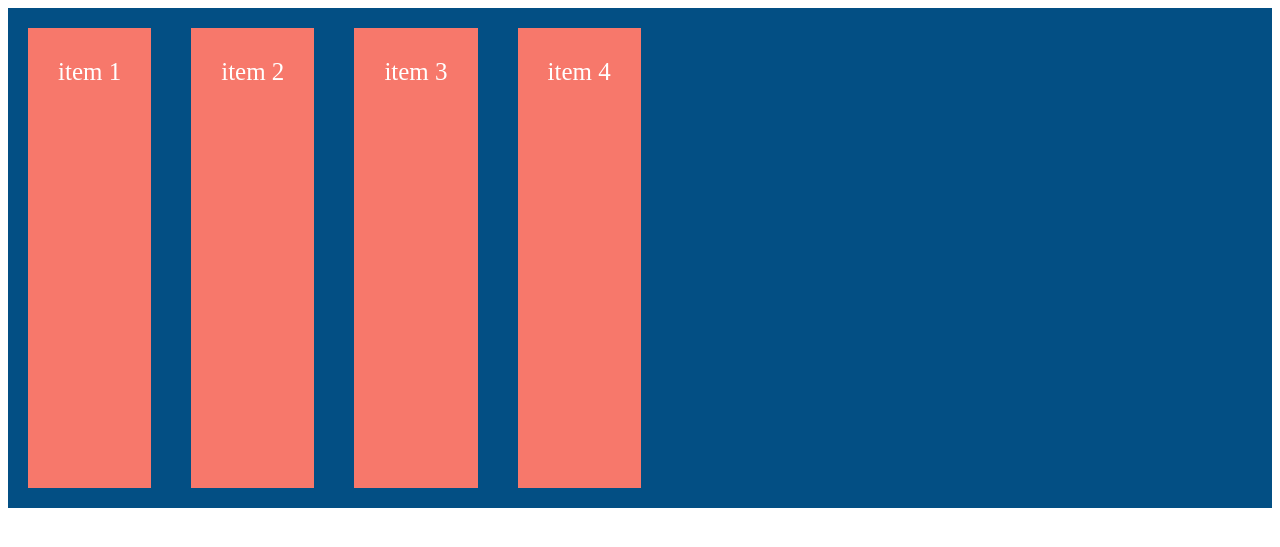
Repository: mehmetbuber38/flex
Page: flex-item-properties.html
The author's editor kept a copy of each file at every save. The page is drawn from the files as they stood at one save, then again after the next save.
The browser window is 1280 px wide. The pictures show the whole page.

Above is the page before, as saved 2022-01-31 20:29:50.

### flex-item-properties.html
<!DOCTYPE html>
<html lang="en">

<head>
    <meta charset="UTF-8">
    <meta http-equiv="X-UA-Compatible" content="IE=edge">
    <meta name="viewport" content="width=device-width, initial-scale=1.0">
    <title>Flex Container</title>
</head>
<style>
    .container {
        display: flex;

        height: 500px;
        background-color: #034f84;

    }

    .item-1 {}

    .item-2 {}

    .item {
        background-color: #f7786b;
        padding: 30px;
        margin: 20px;
        color: #fff;
        font-size: 25px;
    }
</style>

<body>
    <div class="container">
        <div class="item item-1">item 1</div>
        <div class="item item-2">item 2</div>
        <div class="item item-3">item 3</div>
        <div class="item item-4">item 4</div>

    </div>

</body>

</html>

After the next save:
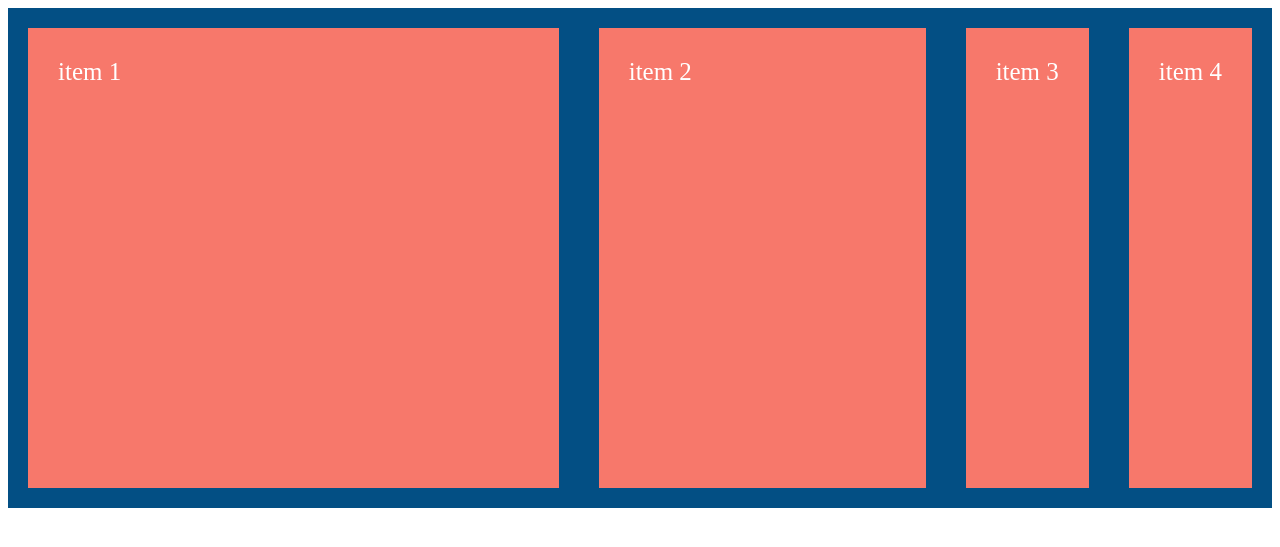
Saved 3 min 13 s later.
--- a/flex-item-properties.html
+++ b/flex-item-properties.html
@@ -16,9 +16,13 @@
 
     }
 
-    .item-1 {}
+    .item-1 {
+        flex-grow: 2;
+    }
 
-    .item-2 {}
+    .item-2 {
+        flex-grow: 1;
+    }
 
     .item {
         background-color: #f7786b;
